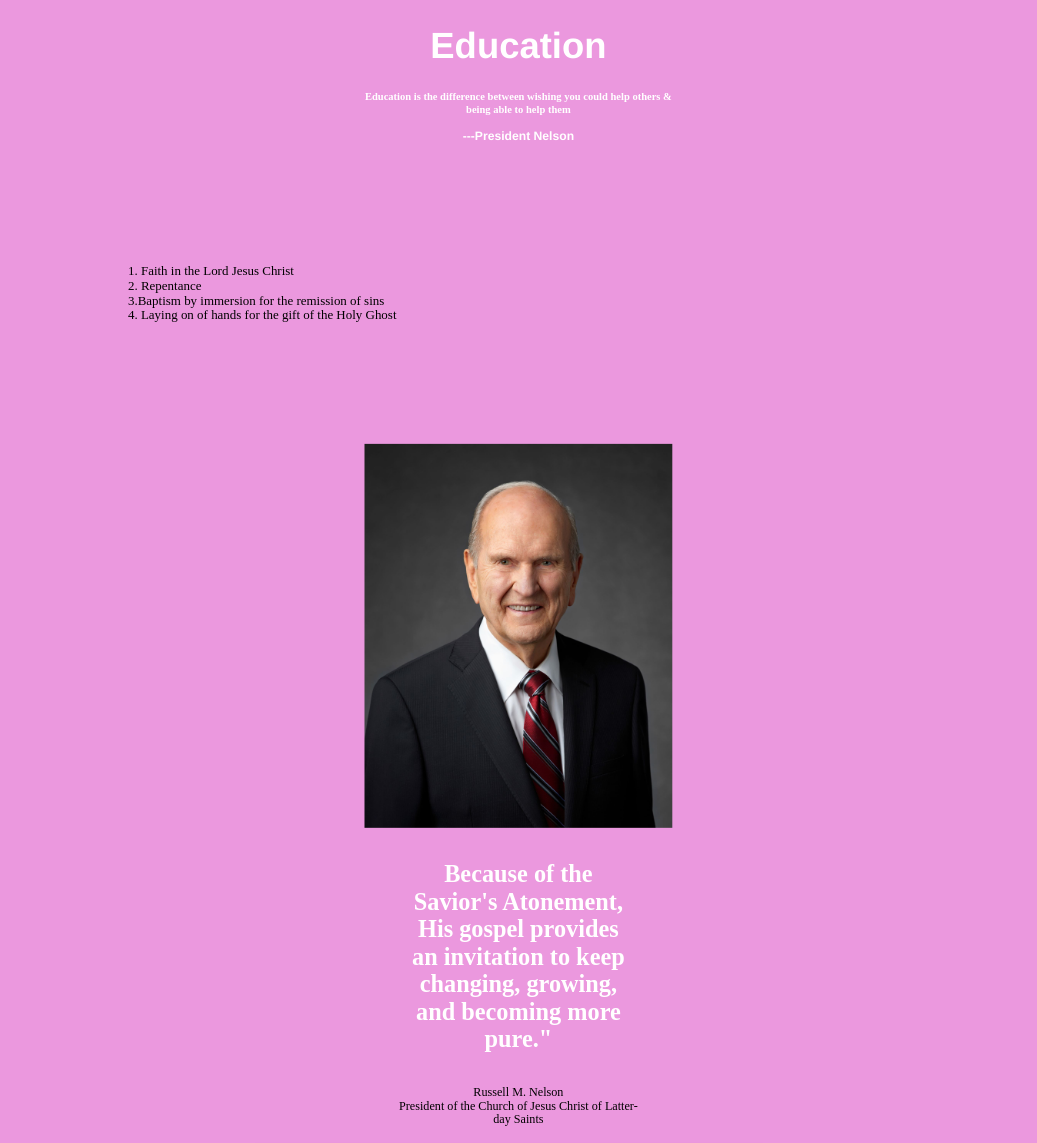
Repository: mszakutumela/wdd130
Page: W04_Challenge/index.html
The author's editor kept a copy of each file at every save. The page is drawn from the files as they stood at one save, then again after a run of saves.
The browser window is 1280 px wide. The pictures show the whole page, at 81% of full size.

Above is the page before, as saved 2023-06-05 13:16:54.

### W04_Challenge/index.html
<!DOCTYPE html>
<html lang="en">
<head>
    <title>W04 Challenge</title>
    <link rel="stylesheet" href="styles/styles.css" />
</head>
<body>
    <main>
        <h1>Education</h1>
        <h2>Education is the difference between wishing you could help others & <br>
            being able to help them</h2>
        <h3>---President Nelson</h3>
        <p> 1. Faith in the Lord Jesus Christ <br>
            2. Repentance <br>
            3.Baptism by immersion for the remission of sins <br>
            4. Laying on of hands for the gift of the Holy Ghost</p>
        <img alt="Image of President Nelson" src="images/russell_nelson_official_portrait_2018.jpeg">
        <h4>Because of the <br>
            Savior's Atonement, <br>
            His gospel provides <br>
            an invitation to keep <br>
            changing, growing, <br>
            and becoming more <br>
            pure."</h4>
    </main>
    <footer>
        <p>Russell M. Nelson <br>
            President of the Church of Jesus Christ of Latter- <br>
            day Saints</p>
    </footer>

</body>
</html>

### W04_Challenge/styles/styles.css
body {
    /* text-align: center; */
    background-color: rgb(235, 152, 222);
    }
img {
    width: 30%;
    display: block;
    margin: 0 auto;
}
h1 {
    color: white;
    text-align: center;
    font-size: 45px;
    font-family: Franklin Gothic Medium;
}
h2 {
    color: white;
    text-align: center;
    font-size: 13px;
}
h3 {
    color: white;
    text-align: center;
    font-size: 15px;
    font-family: Franklin Gothic Medium;
}
p {
    color: black;
    margin: 150px;
    /* text-align: center;   */
}
h4 {
    color: white;
    text-align: center;
    font-size: 30px;
}
footer p {
    font-size: 15px;
    margin: 20px auto;
    text-align: center;
}

After the next 2 saves:
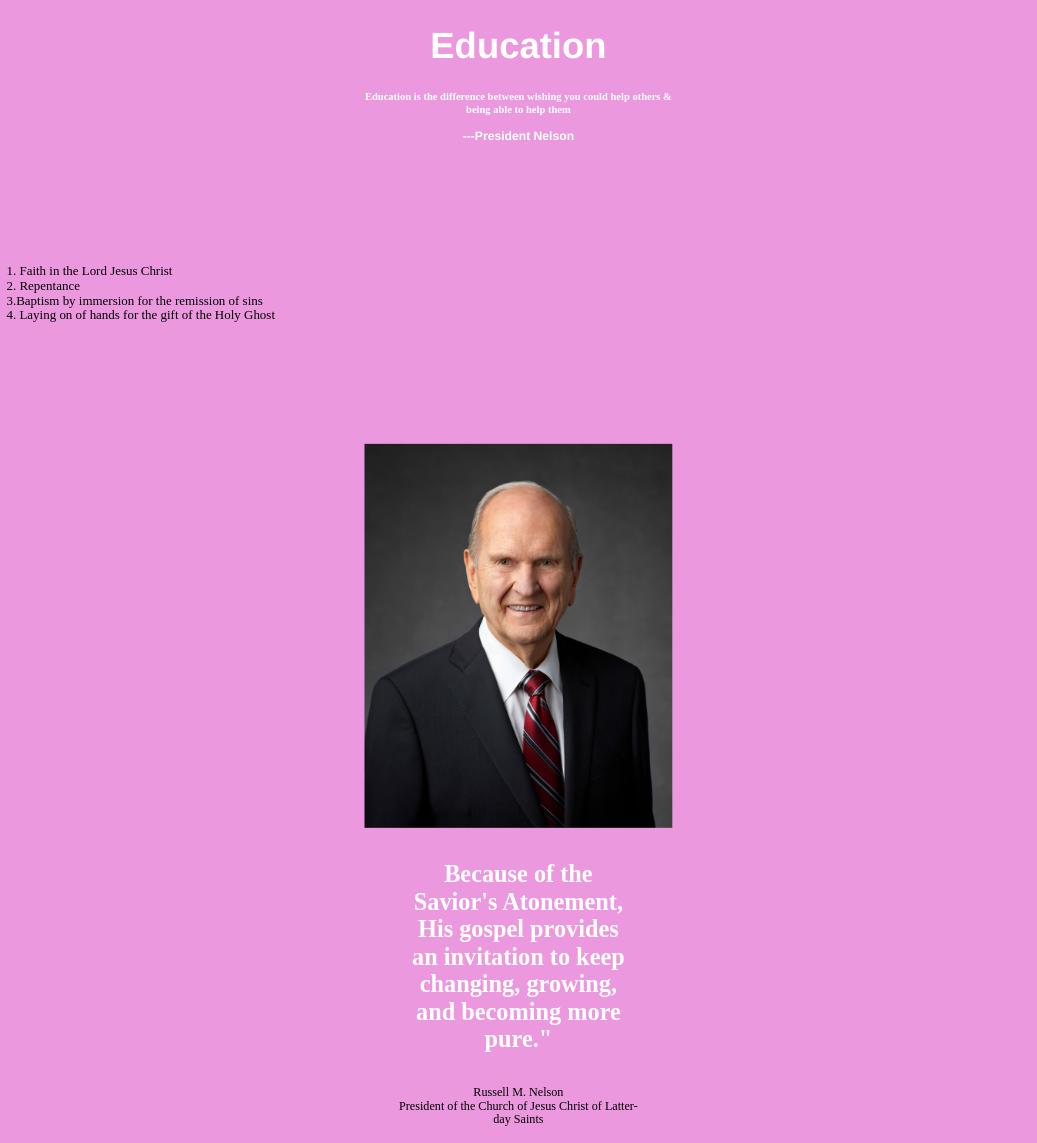
The 2 saves are shown as one change because they came seconds apart.
The last was saved 37 s later.
--- a/W04_Challenge/styles/styles.css
+++ b/W04_Challenge/styles/styles.css
@@ -26,7 +26,7 @@
 }
 p {
     color: black;
-    margin: 150px;
+    margin: 150px auto;
     /* text-align: center;   */
 }
 h4 {

After the save that followed:
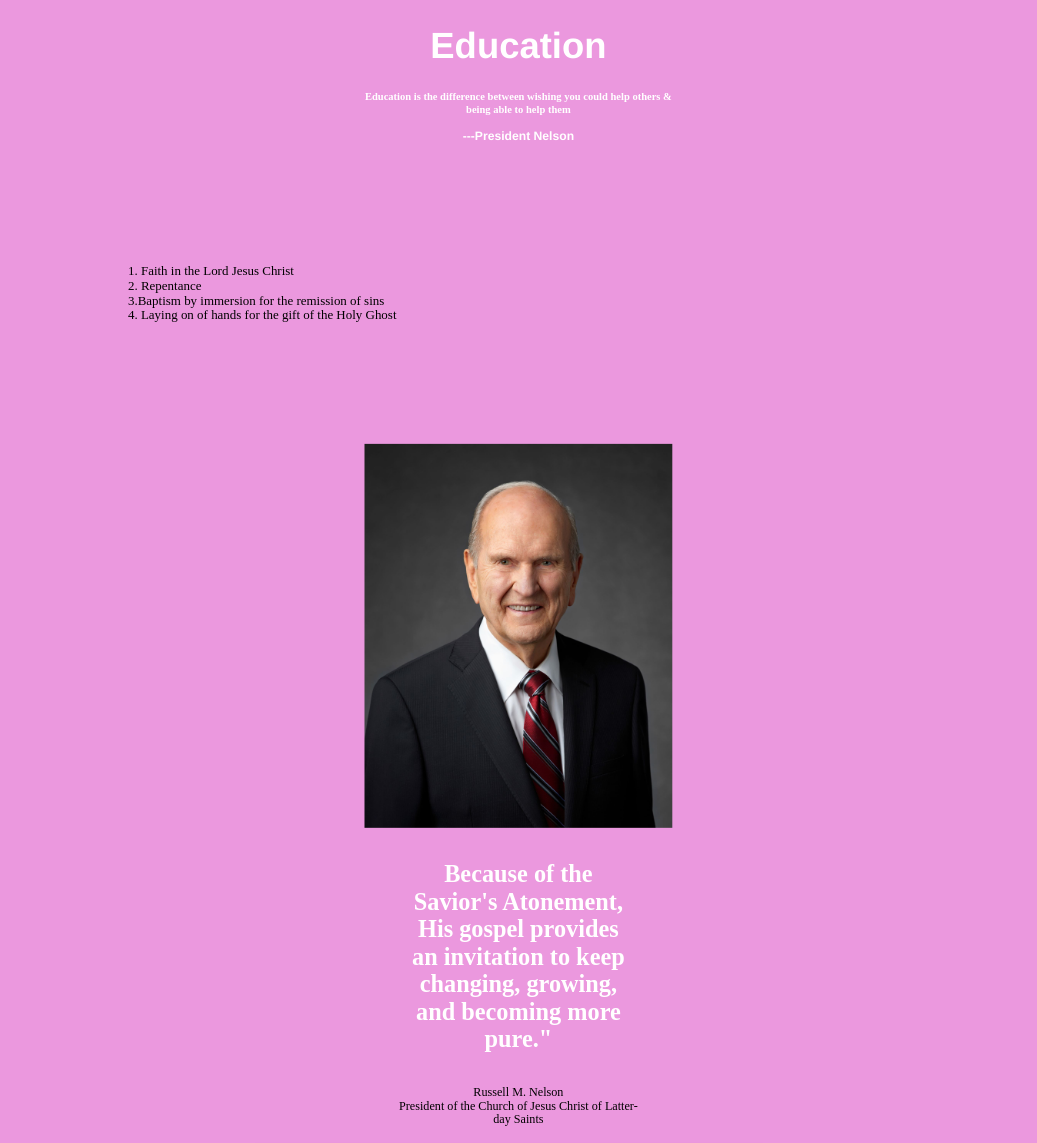
Saved 9 s later.
--- a/W04_Challenge/styles/styles.css
+++ b/W04_Challenge/styles/styles.css
@@ -26,7 +26,7 @@
 }
 p {
     color: black;
-    margin: 150px auto;
+    margin: 150px;
     /* text-align: center;   */
 }
 h4 {
